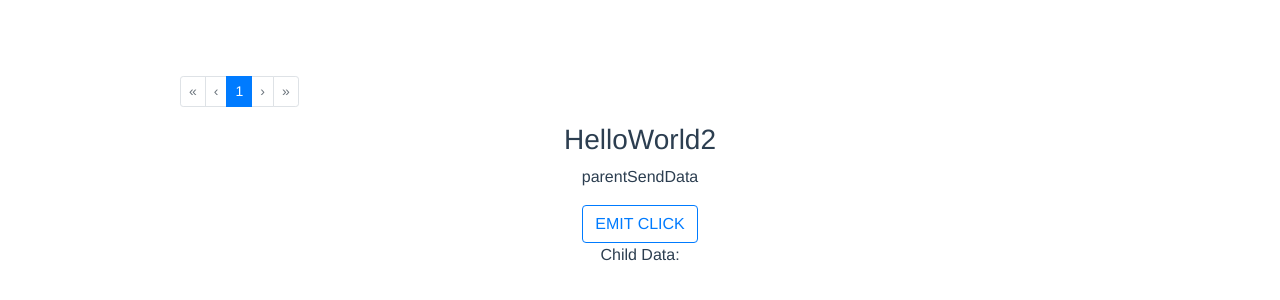
Repository: iian0910/bootstrapVue-demo
Page: /#/
The author's editor kept a copy of each file at every save. The page is drawn from the files as they stood at one save, then again after the next save.
The browser window is 1280 px wide. The pictures show the whole page.
The page's requests for data from a server got no answer. The project was rebuilt for these pictures with package versions that can differ from the ones it lists, and the page was loaded fresh each time. No one was signed in, and anything a server would have sent is missing.

Above is the page before, as saved 2021-04-26 12:30:34.

### src/main.ts
import axios from 'axios'
import { BootstrapVue, IconsPlugin } from 'bootstrap-vue'
import 'bootstrap-vue/dist/bootstrap-vue.css'
// Import Bootstrap an BootstrapVue CSS files (order is important)
import 'bootstrap/dist/css/bootstrap.css'
import Vue from 'vue'
import VueAxios from 'vue-axios'
import App from './App.vue'

// Make BootstrapVue available throughout your project
Vue.use(BootstrapVue)
// Optionally install the BootstrapVue icon components plugin
Vue.use(IconsPlugin)
Vue.use(VueAxios, axios)

Vue.config.productionTip = false

new Vue({
  render: h => h(App)
}).$mount('#app')

### src/App.vue
<template>
  <div id="app">
  <HelloWorld msg="Welcome to Your Vue.js + TypeScript App"/>
  </div>
</template>

<script lang="ts">
import { Component, Vue } from 'vue-property-decorator'
import HelloWorld from './components/HelloWorld.vue'

@Component({
  components: {
    HelloWorld
  }
})
export default class App extends Vue {}
</script>

<style lang="scss">
#app {
  font-family: Avenir, Helvetica, Arial, sans-serif;
  -webkit-font-smoothing: antialiased;
  -moz-osx-font-smoothing: grayscale;
  text-align: center;
  color: #2c3e50;
  margin-top: 60px;
}
</style>

### src/components/HelloWorld.vue
<template>
  <div>
    <div class="container">
      <div class="row">
        <div class="col-10 offset-1">
          <!-- Table: 基本款 -->
          <!-- <b-table striped hover :items="sliceDate"></b-table> -->

          <!-- Table: 客製化 -->
          <b-table
            striped hover
            :items="sliceDate"
          >
            <template #cell(seq)="sliceDate">{{sliceDate.item.seq}}</template>
            <template #cell(materialYear)="sliceDate">{{sliceDate.item.materialYear}}</template>
            <template #cell(statisticsProject)="sliceDate">{{sliceDate.item.statisticsProject}}</template>
            <template #cell(taxCategory)="sliceDate">{{sliceDate.item.taxCategory}}</template>
            <template #cell(value)="sliceDate">
              <div class="text-left">{{sliceDate.item.value | currencyChange}}</div>
            </template>
            <template #cell(dataUnit)="sliceDate">{{sliceDate.item.dataUnit}}</template>
          </b-table>
          <!-- Pagination -->
          <b-pagination
            v-model="currentPage"
            :total-rows="data.length"
            :per-page="perPage"
            aria-controls="my-table"
            @click.native="sliceData(currentPage)"
            size="sm"
          ></b-pagination>
        </div>
      </div>
      <!-- Other Component (props / emit) -->
      <HelloWorld2
        :parentData="parentSendData"
        @childSendData="emitData"
      />
      <p>Child Data: {{childSendData}}</p>
    </div>
  </div>
</template>

<script lang="ts">
import { Component, Prop, Emit, Vue } from 'vue-property-decorator'
import HelloWorld2 from './HelloWorld2.vue'

// interFace
interface Data {
  seq: string;
  materialYear: string;
  statisticsProject: string;
  taxCategory: string;
  value: string;
  dataUnit: string;
}

// Component 宣告在最前面
@Component({
  components: {
    HelloWorld2
  },
  filters: {
    currencyChange (val: string) {
      val = parseFloat(val.replace(/\s/g, '').replace(/,/g, ''))
        .toString()
        .replace(/\B(?=(\d{3})+(?!\d))/g, ',')
      if (val === 'NaN') {
        val = ''
      }
      return '$' + val
    }
  }
})

export default class HelloWorld extends Vue {
  // Data
  private firstName = 'John'
  private lastName = 'Don'
  private apiURL = 'https://api.kcg.gov.tw/api/service/get/2c1d9959-d038-4918-bae3-409680f8193a'
  public data = []
  public sliceDate = []
  public parentSendData = 'parentSendData'
  public childSendData = ''
  public currentPage = 1 // 預設目前頁面
  public perPage = 10 // 每頁顯示項目數
  public sortBy = 'Value'
  public sortDesc = false

  // @Prop(props)
  @Prop()
  private msg!: string;

  // @Emit
  @Emit()
  private emitData (msg:string) {
    console.log(msg)
    this.childSendData = msg
  }

  // methods
  public hello () {
    console.log(this.firstName + ' ' + this.lastName)
  }

  private changeDataDTO (data:any) {
    this.data = data.map((res: any) => {
      const rowData = {} as Data
      rowData.seq = res.seq
      rowData.materialYear = res.資料年度
      rowData.statisticsProject = res.統計項目
      rowData.taxCategory = res.稅目別
      rowData.value = res.值
      rowData.dataUnit = res.資料單位
      return rowData
    })
  }

  private sliceData (currentPage: number) {
    this.sliceDate = this.data.slice(this.perPage * currentPage - this.perPage, this.perPage * currentPage)
  }

  // 生命週期
  public mounted () {
    this.$http.get(this.apiURL).then((res) => {
      this.data = res.data.data
      this.changeDataDTO(this.data)
      this.sliceData(this.currentPage)
    })
  }
}
</script>

<!-- Add "scoped" attribute to limit CSS to this component only -->
<style scoped lang="scss">
h3 {
  margin: 40px 0 0;
}
ul {
  list-style-type: none;
  padding: 0;
}
li {
  display: inline-block;
  margin: 0 10px;
}
a {
  color: #42b983;
}
</style>

### src/components/HelloWorld2.vue
<template>
  <div>
    <h3>HelloWorld2</h3>
    <p>{{parentData}}</p>
    <b-button variant="outline-primary" @click="childSendData">EMIT CLICK</b-button>
  </div>
</template>
<script lang="ts">
import { Component, Prop, Vue } from 'vue-property-decorator'

// Component 宣告在最前面
@Component({
  components: {}
})

export default class HelloWorld2 extends Vue {
  @Prop() private parentData!: string;

  childData = 'childSendData'

  public childSendData () {
    this.$emit('childSendData', this.childData)
  }
}
</script>
<style lang="">

</style>

Loaded but not shown: public/index.html (common file)

After the next save:
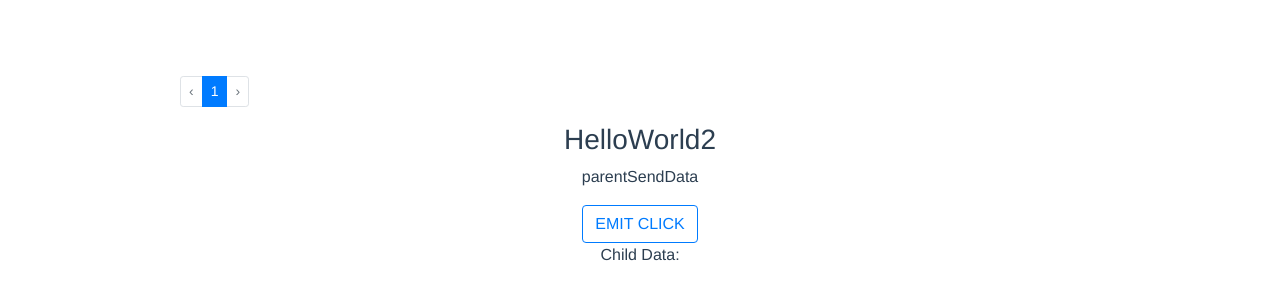
Saved 112 s later.
--- a/src/components/HelloWorld.vue
+++ b/src/components/HelloWorld.vue
@@ -25,7 +25,8 @@
             v-model="currentPage"
             :total-rows="data.length"
             :per-page="perPage"
-            aria-controls="my-table"
+            first-number
+            last-number
             @click.native="sliceData(currentPage)"
             size="sm"
           ></b-pagination>
